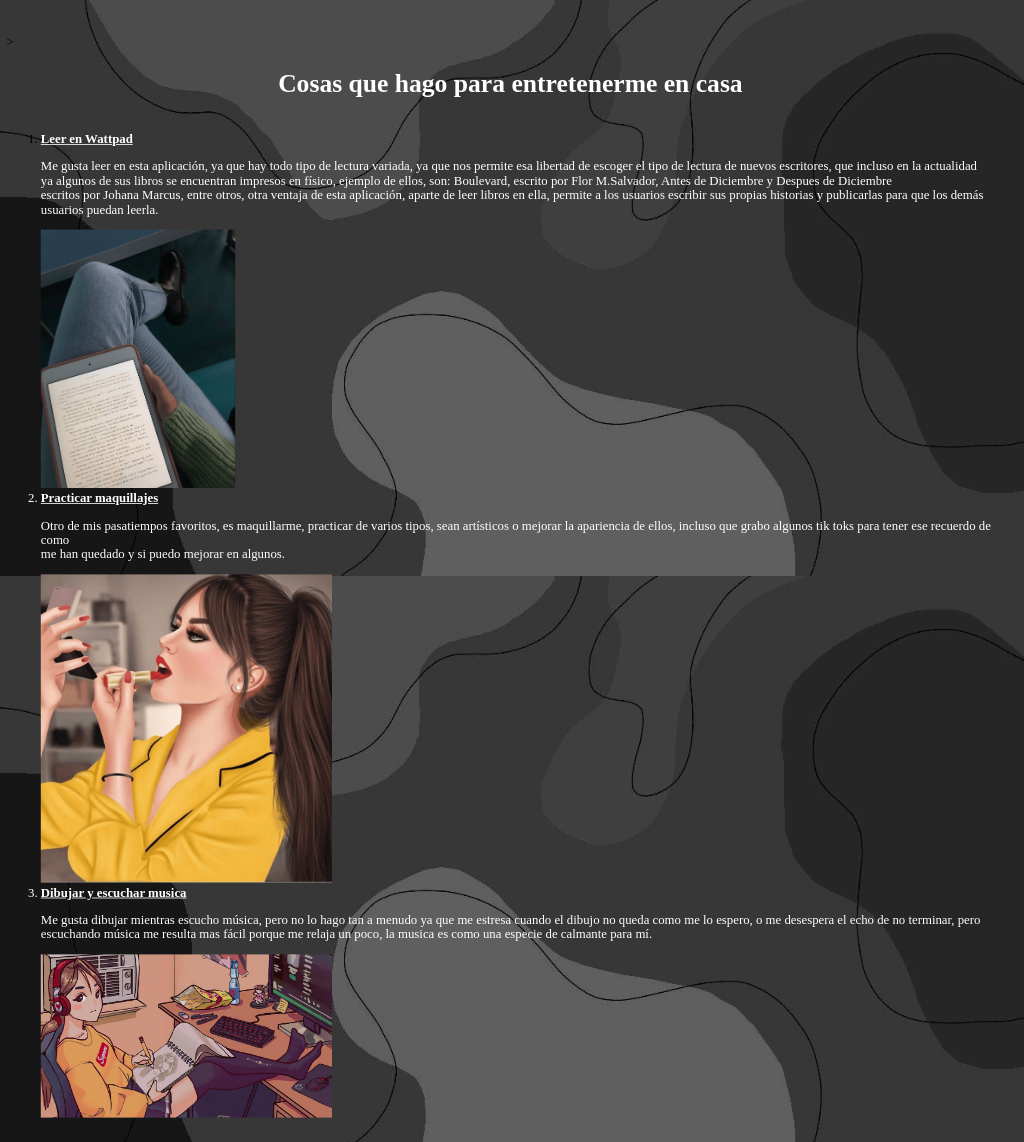
Repository: darlyn-saravia27/portafolio-darlynsaravia
Page: archivoshtml/entretenimiento.html
The author's editor kept a copy of each file at every save. The page is drawn from the files as they stood at one save, then again after the next save.
The browser window is 1280 px wide. The pictures show the whole page, at 80% of full size.

Above is the page before, as saved 2023-03-05 16:10:46.

After the next save:
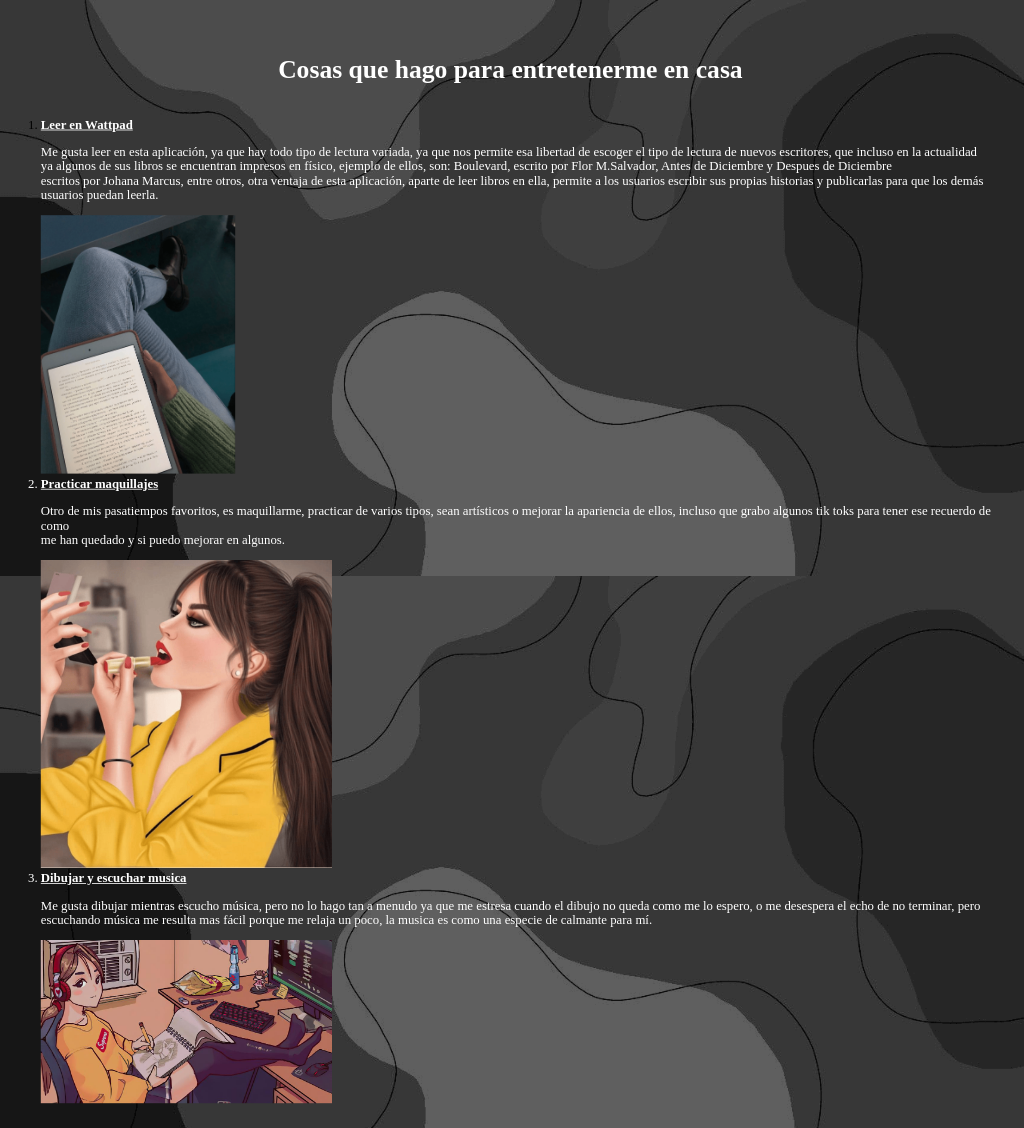
Saved 5 min 26 s later.
--- a/archivoshtml/entretenimiento.html
+++ b/archivoshtml/entretenimiento.html
@@ -14,7 +14,7 @@
             <br>
             <br>
             <td></td>
-        </tr>>
+        </tr>
         <tr>
             <td>
                 <ol type="1">
